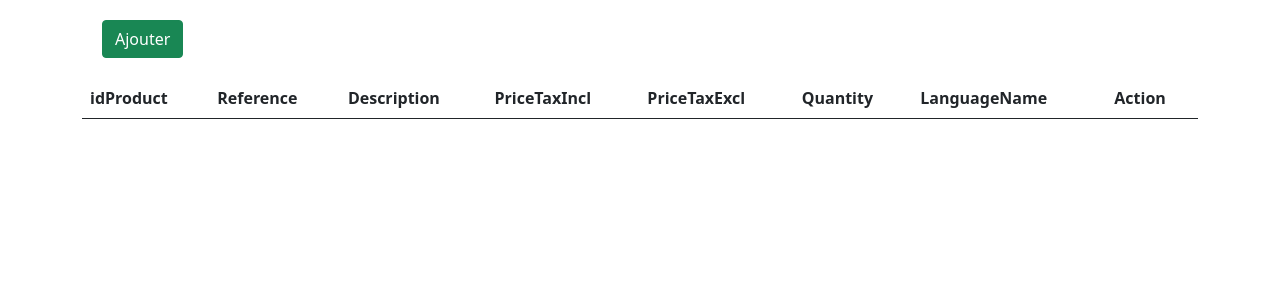
Repository: ahamie71/CrUDPOO
Page: http://localhost/index.php?action=AfficheCrud
The author's editor kept a copy of each file at every save. The page is drawn from the files as they stood at one save, then again after a run of saves.
The browser window is 1280 px wide. The pictures show the whole page.
The page is run by PHP 8.4 with error messages shown; the project is at /var/www/html/. Queries for data that is not in the repository find no rows.

Above is the page before, as saved 2023-07-31 16:19:18.

After the next 3 saves:
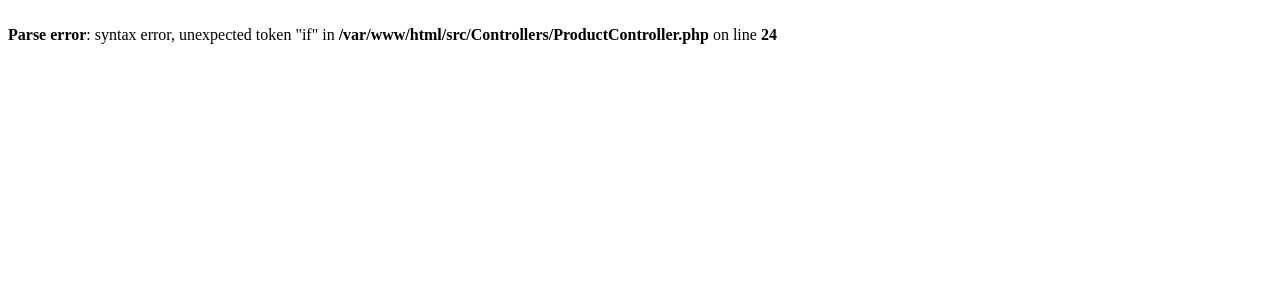
The 3 saves are shown as one change because they came seconds apart.
The last was saved 11 s later.
--- a/src/Controllers/ProductController.php
+++ b/src/Controllers/ProductController.php
@@ -18,6 +18,7 @@
 
                 $productRepository = new ProductRepository();
                 $product = $productRepository->getProductById($idProduct);
+                var_dump(idProduct)
                 // Ajout du var_dump pour le débogage
 
                 if ($product) {

After the 2 saves that followed:
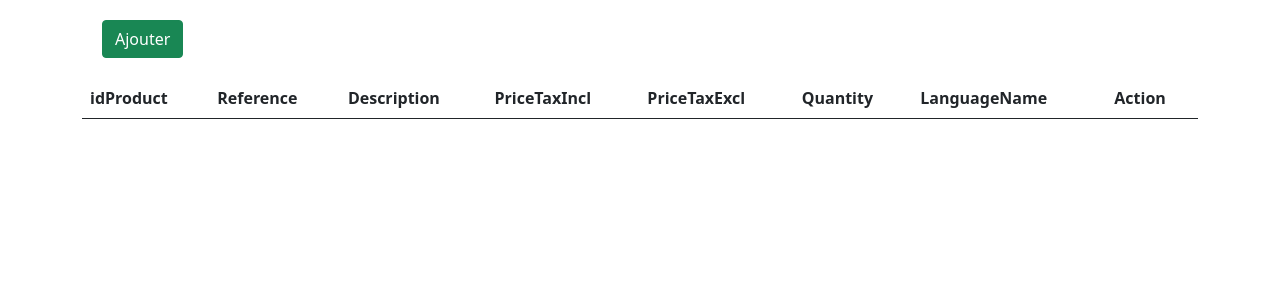
The 2 saves are shown as one change because they came seconds apart.
The last was saved 6 s later.
--- a/src/Controllers/ProductController.php
+++ b/src/Controllers/ProductController.php
@@ -18,7 +18,7 @@
 
                 $productRepository = new ProductRepository();
                 $product = $productRepository->getProductById($idProduct);
-                var_dump(idProduct)
+                var_dump($idProduct);
                 // Ajout du var_dump pour le débogage
 
                 if ($product) {
